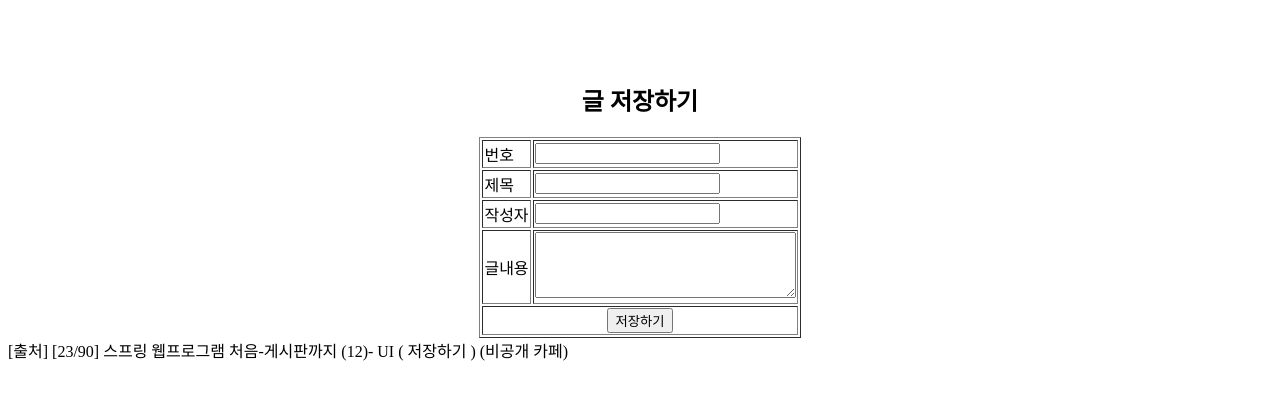
Repository: keechan/eclipse-sts3
Page: http://localhost/BoardWeb1013/getBoard.jsp
The author's editor kept a copy of each file at every save. The page is drawn from the files as they stood at one save, then again after the next save.
The browser window is 1280 px wide. The pictures show the whole page.
The page is served by Tomcat 9.

Above is the page before, as saved 2023-10-13 06:41:55.

After the next save:
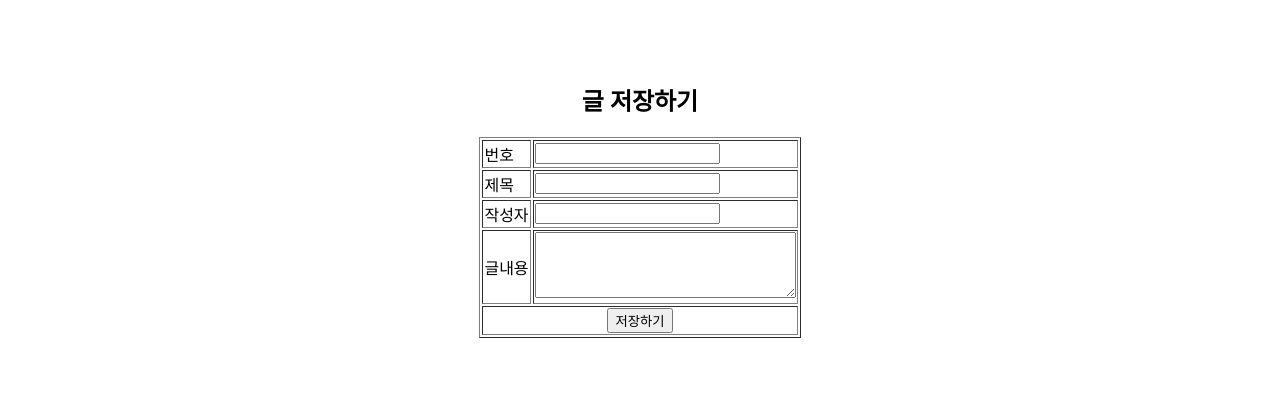
Saved 35 s later.
--- a/BoardWeb1013/src/main/webapp/getBoard.jsp
+++ b/BoardWeb1013/src/main/webapp/getBoard.jsp
@@ -29,4 +29,3 @@
 </div>
 </body>
 </html>
-[출처] [23/90] 스프링 웹프로그램 처음-게시판까지 (12)-  UI  ( 저장하기 ) (비공개 카페)
